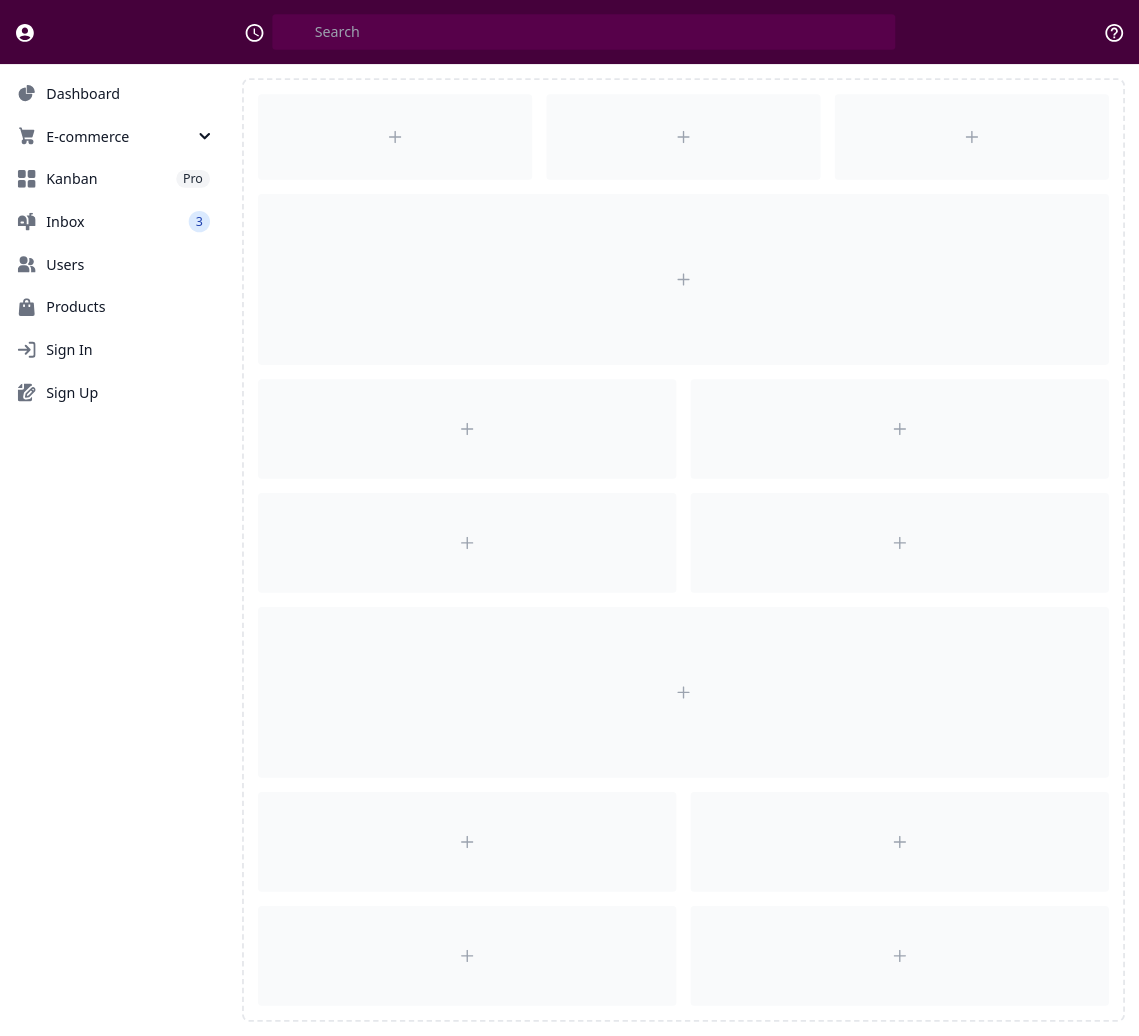
Repository: Shamraiz761/Slack_clone
Page: /
These files come from the project's save history. The page is drawn as it stood at one moment and after the next save; the edit follows.
The browser window is 1280 px wide. The pictures show the whole page, at 89% of full size.
The project was rebuilt for these pictures with package versions that can differ from the ones it lists, and the page was loaded fresh each time. Also part of the build but not shown: vite.config.js.

Above is the page before, as saved 2024-01-14 18:50:19.

After the next save:
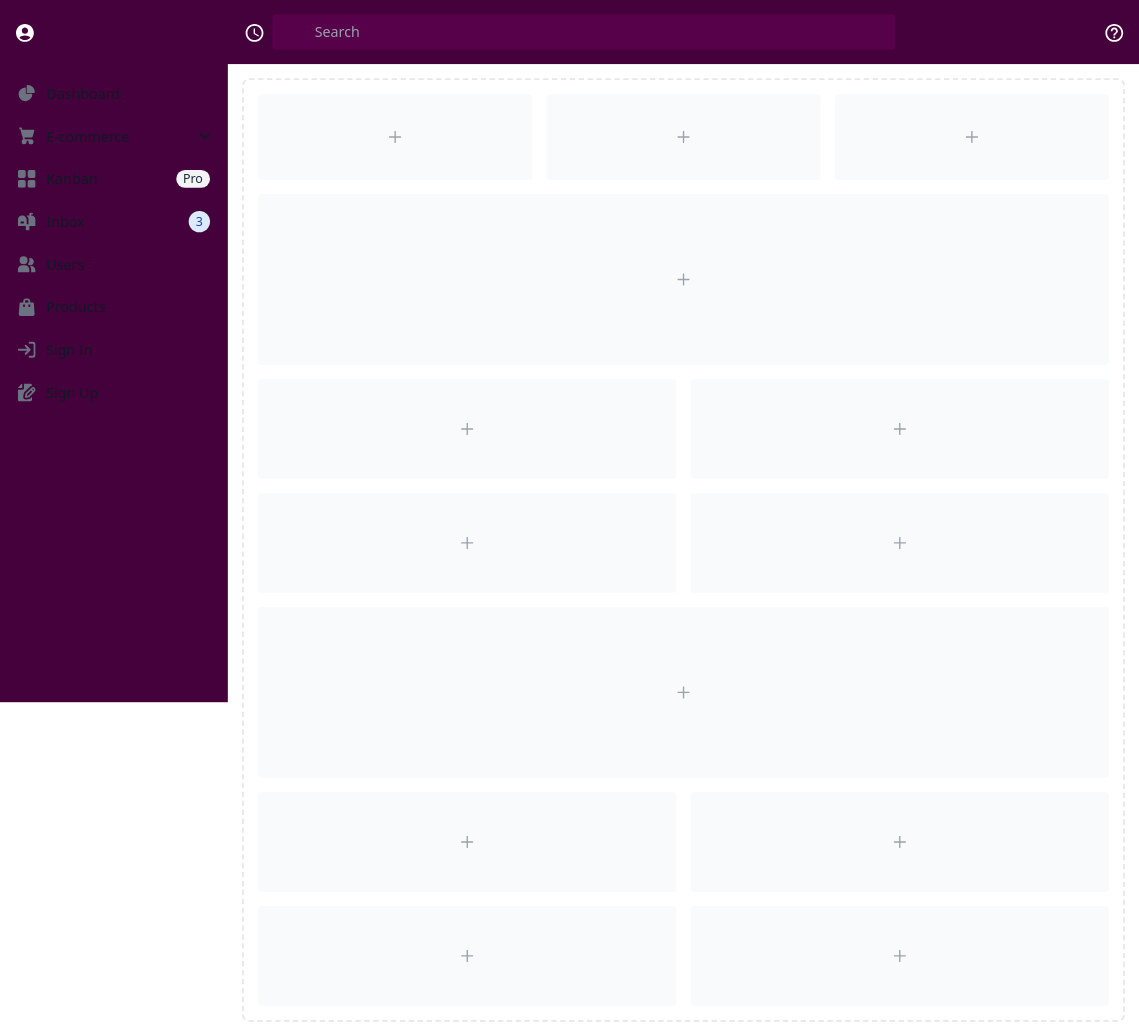
Saved 4 s later.
--- a/src/components/sidebar/Sidebar.jsx
+++ b/src/components/sidebar/Sidebar.jsx
@@ -31,7 +31,7 @@ function Sidebar() {
         className="absolute top-full left-0 mt-[-1095px] w-64 h-screen transition-transform -translate-x-full sm:translate-x-0"
         aria-label="Sidebar"
       >
-        <div className="h-full px-3 py-4 overflow-y-auto bg-[45013b] ">
+        <div className="h-full px-3 py-4 overflow-y-auto bg-[#45013b] ">
           <ul className="space-y-2 font-medium">
             <li>
               <a
